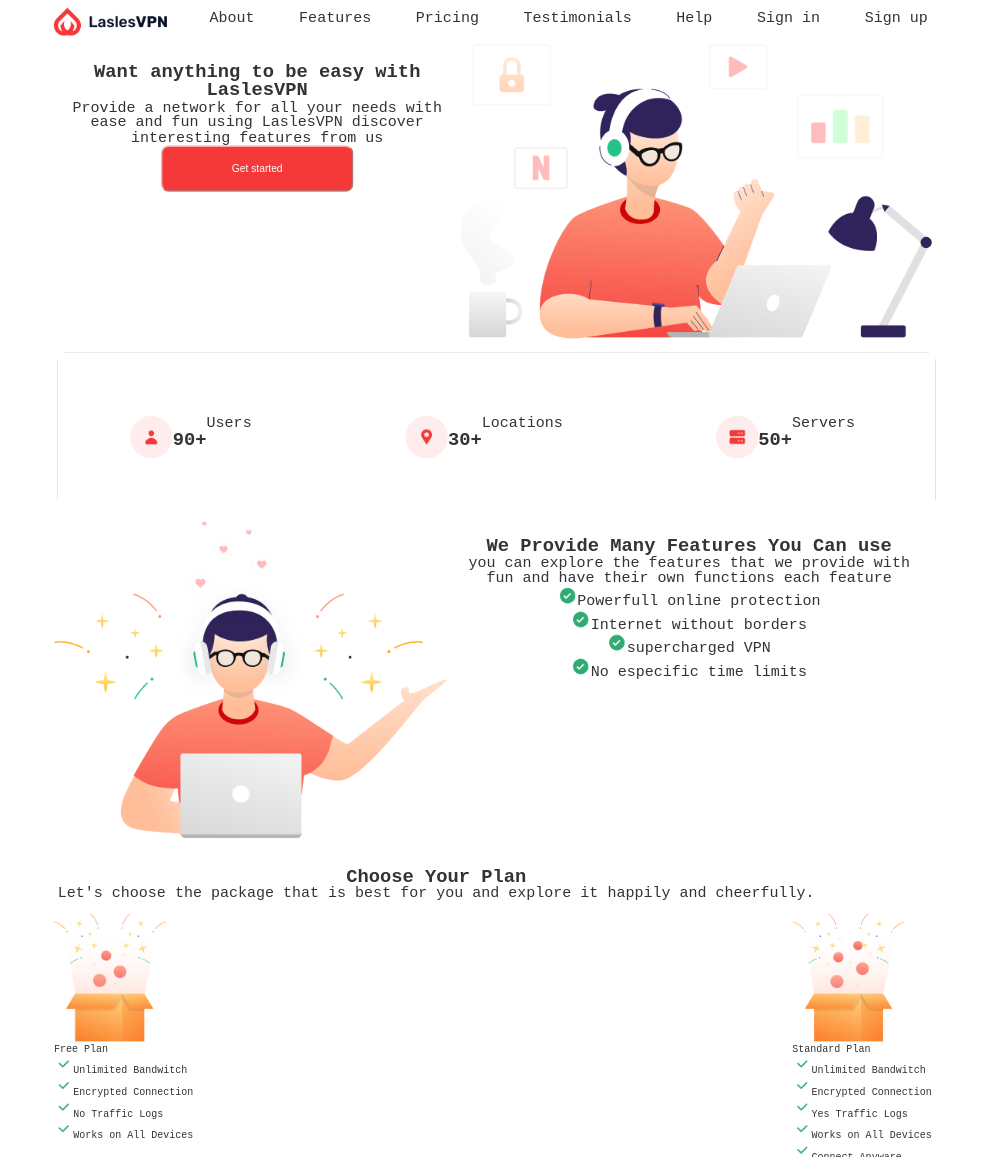
Repository: RaphaelMatheus-br/LP-251123
Page: index.html
An editor plug-in stored every save of this project. The page is shown before and after the next save, followed by the edit.
The browser window is 1280 px wide. The pictures show the whole page, at 77% of full size.

Above is the page before, as saved 2023-11-25 14:24:01.

### index.html
<!DOCTYPE html>
<html lang="en">

<head>
    <meta charset="UTF-8">
    <meta name="viewport" content="width=device-width, initial-scale=1.0">
    <title>Document</title>
    <link rel="stylesheet" href="style.css">
</head>

<body>

<section class="container flex">
    <img src="./imagens/Logo.png" alt="logo">
	<div class="item">About</div>
	<div class="item">Features</div>
	<div class="item">Pricing</div>
	<div class="item">Testimonials</div>
	<div class="item">Help</div>
	<div class="item">Sign in</div>
    <div class="item">Sign up</div>
</section>

<section class="container flex">
    <div class="item">
        <h1 class="sobre__titulo">Want anything to be easy with LaslesVPN</h1>
        <p class="sobre__descricao">Provide a network for all your needs with ease and fun using LaslesVPN discover interesting features from us</p>
        <button class="sobre__botao">Get started</button>
    </div>
    <div class="img">
        <img src="./imagens/Illustration 1.png" alt="ilutracao__1">
    </div>
</section>

<section class="container">
    <div class="item">
        <div class="rectangle">
            <div class="icons">
                <div class="user">
                    <img src="./imagens/user.png" alt="user__img">
                    <h1 class="sobre__user">90+</h1>
                    <p class="p__user">Users</p>
                </div>
                <div class="location">
                    <img src="./imagens/location.png" alt="location">
                    <h1 class="sobre__location">30+</h1>
                    <p class="p__location">Locations</p>
                </div>
                <div class="server">
                    <img src="./imagens/Server.png" alt="server">
                    <h1 class="sobre__server">50+</h1>
                    <p class="p__server">Servers</p>
                </div>
            </div>
        </div>
    </div>
</section>

<section class="container flex">
    <div class="img">
        <img src="./imagens/Illustration 2.png" alt="ilutracao__2">
    </div>

    <div class="item">
        <h1 class="sobre__titulo">We Provide Many Features You Can use</h1>
        <p class="sobre__descricao">you can explore the features that we provide with fun and have their own functions each feature</p>
        <ul class="list">
            <li><img src="./imagens/check.png" alt="check">Powerfull online protection</img></li>
            <li><img src="./imagens/check.png" alt="check">Internet without borders</img></li>
            <li><img src="./imagens/check.png" alt="check">supercharged VPN</img></li>
            <li><img src="./imagens/check.png" alt="check">No especific time limits</img></li>
        </ul>
    </div>
</section>

<section class="container flex" class="sessao__tres">
    <div class="item">
        <div class="choose__plan">
            <h1>Choose Your Plan</h1>
            <p>Let's choose the package that is best for you and explore it happily and cheerfully.</p>
        </div>
    </div>
</section>

<section class="container flex">

    <div class="free plan">
        <img src="./imagens/Free.png" alt="free">
        <h3>Free Plan</h3>
        <ul>
            <li><img src="./imagens/jam_check.png">Unlimited Bandwitch</li>
            <li><img src="./imagens/jam_check.png">Encrypted Connection</li>
            <li><img src="./imagens/jam_check.png">No Traffic Logs</li>
            <li><img src="./imagens/jam_check.png">Works on All Devices</li>
        </ul>
    </div>

    <div class="Standard plan">
        <img src="./imagens/Standard.png" alt="standard">
        <h3>Standard Plan</h3>
        <ul>
            <li><img src="./imagens/jam_check.png">Unlimited Bandwitch</li>
            <li><img src="./imagens/jam_check.png">Encrypted Connection</li>
            <li><img src="./imagens/jam_check.png">Yes Traffic Logs</li>
            <li><img src="./imagens/jam_check.png">Works on All Devices</li>
            <li><img src="./imagens/jam_check.png">Connect Anyware</li>
        </ul>
    </div>
</section>

</body>
</html>

### style.css
html, body, div, span, applet, object, iframe,
h1, h2, h3, h4, h5, h6, p, blockquote, pre,
a, abbr, acronym, address, big, cite, code,
del, dfn, em, img, ins, kbd, q, s, samp,
small, strike, strong, sub, sup, tt, var,
b, u, i, center,
dl, dt, dd, ol, ul, li,
fieldset, form, label, legend,
table, caption, tbody, tfoot, thead, tr, th, td,
article, aside, canvas, details, embed,
figure, figcaption, footer, header, hgroup,
menu, nav, output, ruby, section, summary,
time, mark, audio, video {
	margin: 0;
	padding: 0;
	border: 0;
	font-size: 100%;
	font: inherit;
	vertical-align: baseline;
    background: white;
}
/* HTML5 display-role reset for older browsers */
article, aside, details, figcaption, figure,
footer, header, hgroup, menu, nav, section {
	display: block;
}
body {
	line-height: 1;
}

ol, ul {
	list-style: none;
}
blockquote, q {
	quotes: none;
}
blockquote:before, blockquote:after,
q:before, q:after {
	content: '';
	content: none;
}
table {
	border-collapse: collapse;
	border-spacing: 0;
}

.container {
    max-width: 1140px;
    margin: 0 auto;
    position: relative;
    padding-top: 10px;
    display: flex;
    justify-content: space-between;
    flex: 1;
}

/* Flex Item */
.item {
	margin: 5px;
	text-align: center;
	font-size: 1.5em;
}

h1 {
	text-align: center;
	margin: 20px 0 0 0;
	font-size: 1.25em;
	font-weight: 700;
}

body {
	font-family: monospace;
	color: #333;
}

.row {
	display: flex;
}
.sobre__titulo {
    font-weight: 700;
}

.sobre__descricao {
font-weight: 300;
}

.sobre__botao {
width: 250px;
height: 60px;
flex-shrink: 0;
border-radius: 10px;
border-color: rgba(255, 193, 193, 0.842);
background: #F53838;
color: white;
}

.rectangle {
display: flex;
width: 1140px;
height: 200px;
flex-shrink: 0;
border-radius: 10px;
background: gray;
border-color: white;
justify-content: space-between;
}

.icons {
width: 100%;
height: 100%;
flex-shrink: 0;
display: flex;
align-items: center;
position: absolute;
max-width: 100%;
justify-content: space-around;
background-color: none;
}

.user {
display: flex;;
margin-right: 20px;
margin-left: 10px;
}

.location {
display: flex;;
margin-right: 20px;
margin-left: 10px;
}

.server {
display: flex;;
margin-right: 20px;
margin-left: 10px;
}

.item__dois {
    flex-direction: row-reverse;
}

.sessao__tres{
    background-color: grey;
    align-content: center;
    padding-top: 50px;
}

After the next save:
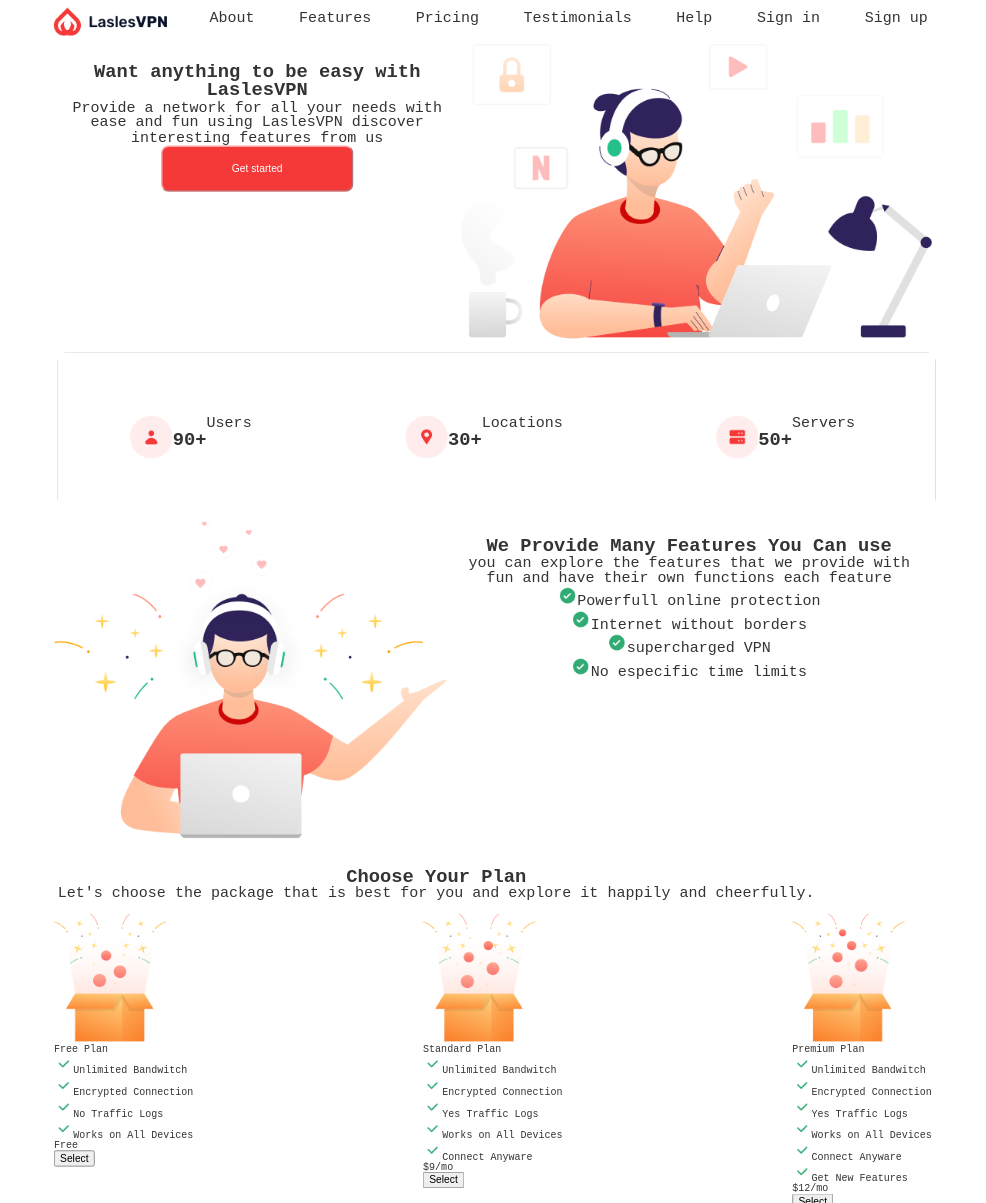
Saved 3 min 49 s later.
--- a/index.html
+++ b/index.html
@@ -93,6 +93,8 @@
             <li><img src="./imagens/jam_check.png">No Traffic Logs</li>
             <li><img src="./imagens/jam_check.png">Works on All Devices</li>
         </ul>
+        <h2>Free</h2>
+        <button class="price__botao">Select</button>
     </div>
 
     <div class="Standard plan">
@@ -105,6 +107,23 @@
             <li><img src="./imagens/jam_check.png">Works on All Devices</li>
             <li><img src="./imagens/jam_check.png">Connect Anyware</li>
         </ul>
+        <h2>$9/mo</h2>
+        <button class="price__botao">Select</button>
+    </div>
+
+    <div class="Premium plan">
+        <img src="./imagens/Premium.png" alt="premium">
+        <h3>Premium Plan</h3>
+        <ul>
+            <li><img src="./imagens/jam_check.png">Unlimited Bandwitch</li>
+            <li><img src="./imagens/jam_check.png">Encrypted Connection</li>
+            <li><img src="./imagens/jam_check.png">Yes Traffic Logs</li>
+            <li><img src="./imagens/jam_check.png">Works on All Devices</li>
+            <li><img src="./imagens/jam_check.png">Connect Anyware</li>
+            <li><img src="./imagens/jam_check.png">Get New Features</li>
+        </ul>
+        <h2>$12/mo</h2>
+        <button class="price__botao">Select</button>
     </div>
 </section>
 
